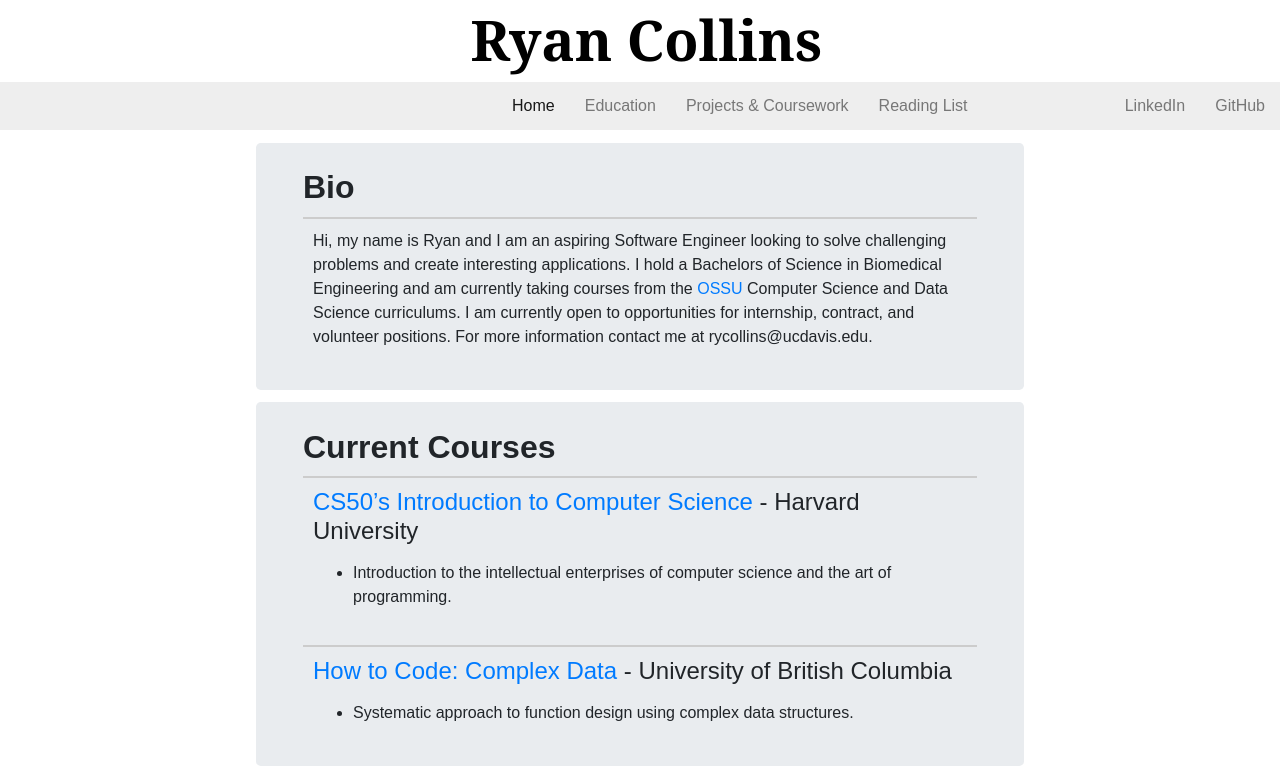
Repository: RyanMCollins/cs50
Page: pset5/homepage/home.html
The author's editor kept a record of every edit. The page is drawn from the files as they stood at one moment, then again after the next edit.
The browser window is 1280 px wide. The pictures show the whole page.

Above is the page before.

After the next edit:
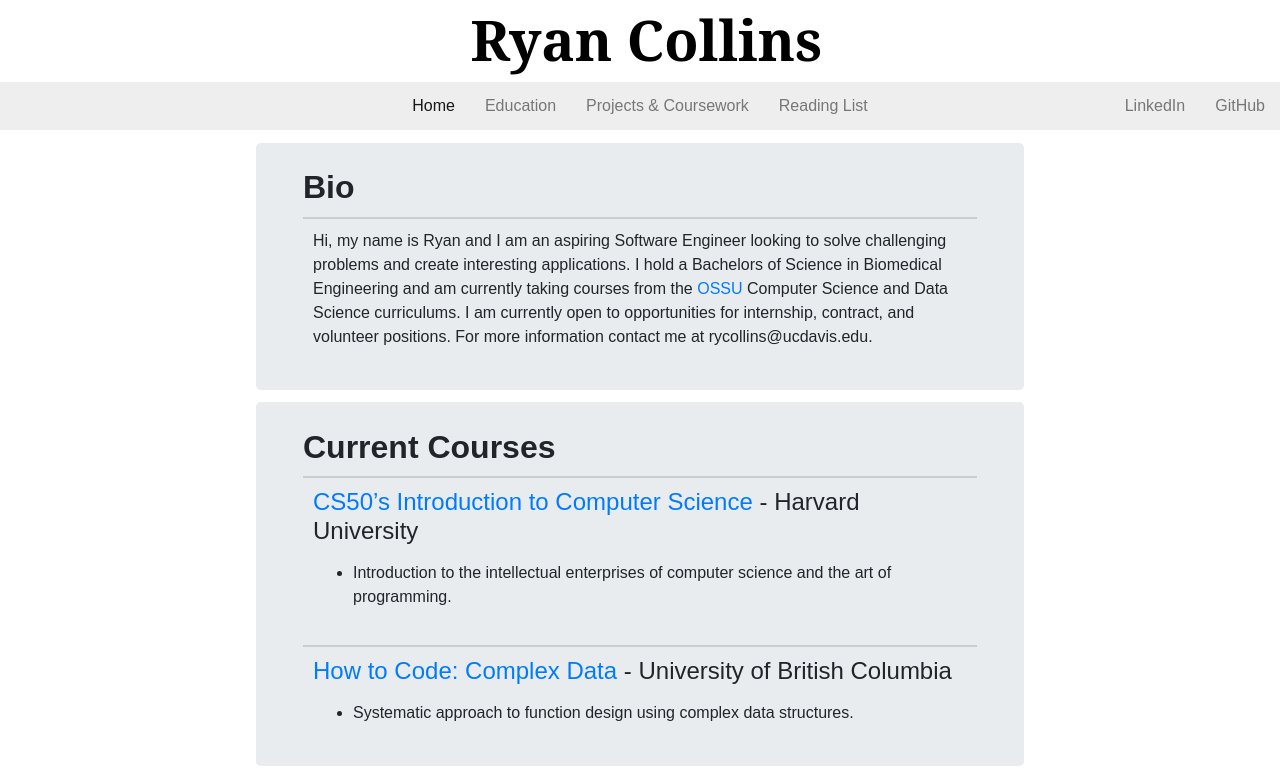
The edit:
--- a/pset5/homepage/home.html
+++ b/pset5/homepage/home.html
@@ -40,7 +40,7 @@
                       </li>
                     </ul>
                 </div>
-                <div class="flex-even d-flex justify-content-end">
+                <div class="flex-break flex-small d-flex justify-content-end">
                     <ul class="navbar-nav" id="navbar-external-links">
                       <li class="nav-item">
                         <a class="nav-link" target="_blank" href="https://linkedin.com/in/ryancollins2020">LinkedIn<span class="sr-only">(current)</span></a>
